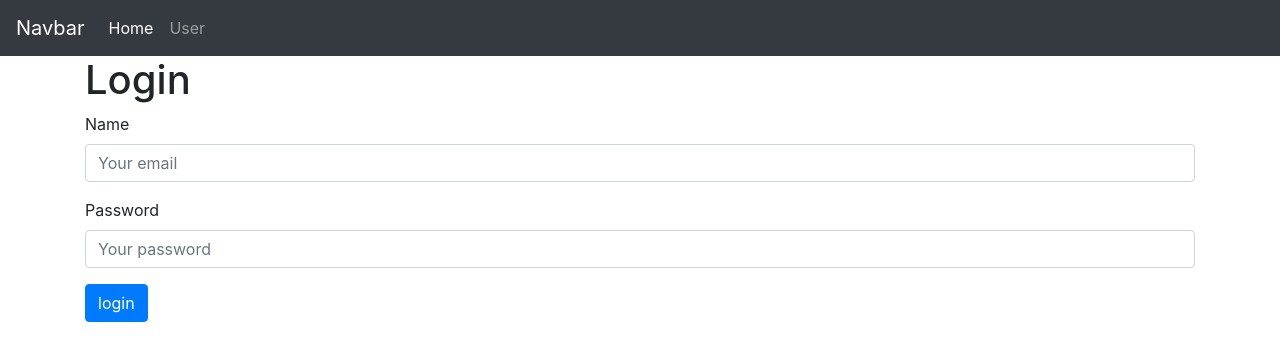
Repository: HuuNghi/nodeTokyo
Page: http://localhost/auth/login
The author's editor kept a copy of each file at every save. The page is drawn from the files as they stood at one save, then again after the next save.
The browser window is 1280 px wide. The pictures show the whole page.
The page is served by the project's Node server (index.js). Other server files are loaded and not shown.

Above is the page before, as saved 2020-04-06 23:12:34.

### views/auth/login.pug
extend ../layouts/common
block content
  h1 Login
  if errors
    each error in errors
      .alert.alert-danger=error
  form(action="/auth/login", method="POST")
    .form-group
      label(for='email') Name
      input.form-control(type='email', placeholder='Your email', name="email", id="email", value=values ? values.email : "")
    .form-group
      label(for='password') Password
      input.form-control(type='password', placeholder='Your password', name="password", id="password", value=values ? values.password : "")
    button.btn.btn-primary login

### views/layouts/common.pug
html
  head
    link(rel="stylesheet", href="https://stackpath.bootstrapcdn.com/bootstrap/4.4.1/css/bootstrap.min.css")
    link(rel="stylesheet", href="/styles/style.css")
  body
    nav.navbar.navbar-expand-lg.navbar-dark.bg-dark
      a.navbar-brand(href='#') Navbar
      button.navbar-toggler(type='button', data-toggle='collapse')
        span.navbar-toggler-icon
      #navbarSupportedContent.collapse.navbar-collapse
        ul.navbar-nav.mr-auto
          li.nav-item.active
            a.nav-link(href='#') Home
          li.nav-item
            a.nav-link(href='#') User
    .container
      block content

### index.js
const express = require('express');
const bodyParser = require('body-parser');
const userRouter = require('./routers/user.router');
const authRouter = require('./routers/auth.router');

const port = 3000;
const app = express();

app.set('view engine', 'pug');
app.set('views', './views');
app.use(bodyParser.json()) // for parsing application/json
app.use(bodyParser.urlencoded({ extended: true }));
app.use('/users', userRouter);
app.use('/auth', authRouter);
app.use(express.static('public'));

app.listen(port, () => {
  console.log(`App listening on port ${port}`);
});

app.get('/', (req, res) => {
  res.render('index', {
    name: 'Nghi',
  });
});

### controllers/auth.controller.js
module.exports.login = (req, res) => {
  res.render('auth/login');
}

### public/styles/style.css
/* Style css for project */

After the next save:
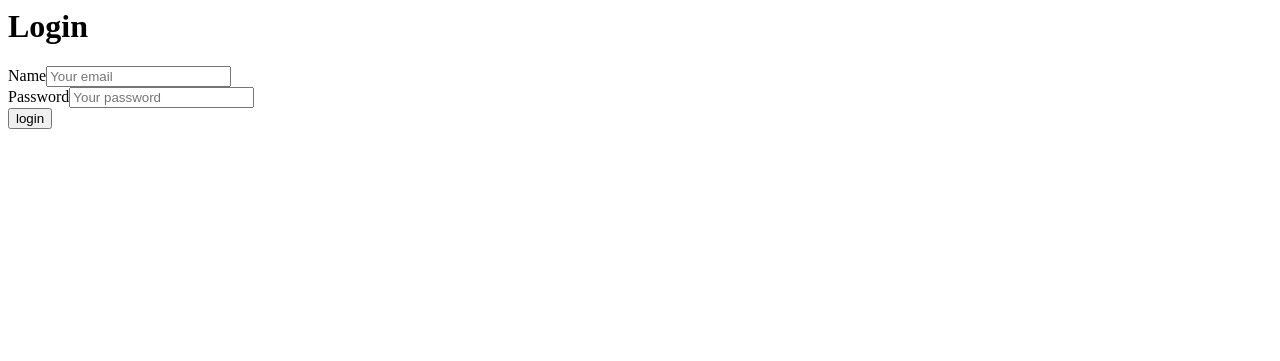
Saved 18 s later.
--- a/views/auth/login.pug
+++ b/views/auth/login.pug
@@ -1,14 +1,12 @@
-extend ../layouts/common
-block content
-  h1 Login
-  if errors
-    each error in errors
-      .alert.alert-danger=error
-  form(action="/auth/login", method="POST")
-    .form-group
-      label(for='email') Name
-      input.form-control(type='email', placeholder='Your email', name="email", id="email", value=values ? values.email : "")
-    .form-group
-      label(for='password') Password
-      input.form-control(type='password', placeholder='Your password', name="password", id="password", value=values ? values.password : "")
-    button.btn.btn-primary login
+h1 Login
+if errors
+  each error in errors
+    .alert.alert-danger=error
+form(action="/auth/login", method="POST")
+  .form-group
+    label(for='email') Name
+    input.form-control(type='email', placeholder='Your email', name="email", id="email", value=values ? values.email : "")
+  .form-group
+    label(for='password') Password
+    input.form-control(type='password', placeholder='Your password', name="password", id="password", value=values ? values.password : "")
+  button.btn.btn-primary login

After the save that followed:
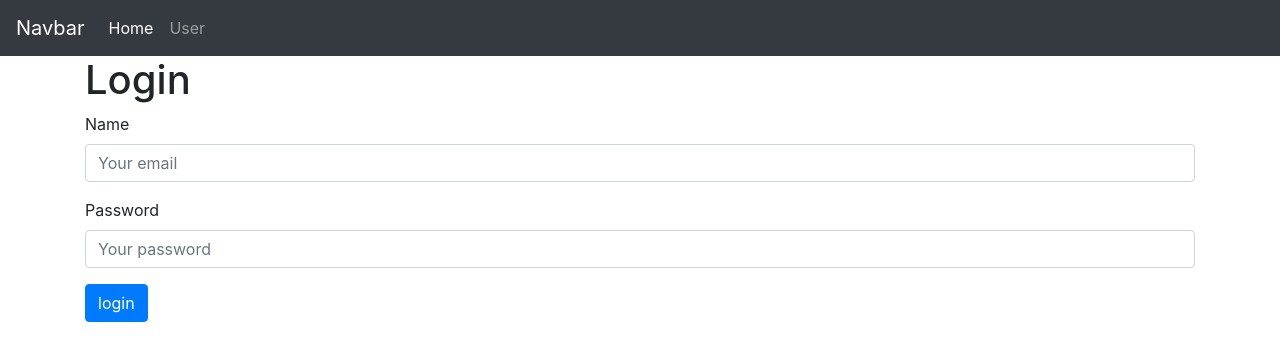
Saved 18 s later.
--- a/views/auth/login.pug
+++ b/views/auth/login.pug
@@ -1,12 +1,14 @@
-h1 Login
-if errors
-  each error in errors
-    .alert.alert-danger=error
-form(action="/auth/login", method="POST")
-  .form-group
-    label(for='email') Name
-    input.form-control(type='email', placeholder='Your email', name="email", id="email", value=values ? values.email : "")
-  .form-group
-    label(for='password') Password
-    input.form-control(type='password', placeholder='Your password', name="password", id="password", value=values ? values.password : "")
-  button.btn.btn-primary login
+extend ../layouts/common
+block content
+  h1 Login
+  if errors
+    each error in errors
+      .alert.alert-danger=error
+  form(action="/auth/login", method="POST")
+    .form-group
+      label(for='email') Name
+      input.form-control(type='email', placeholder='Your email', name="email", id="email", value=values ? values.email : "")
+    .form-group
+      label(for='password') Password
+      input.form-control(type='password', placeholder='Your password', name="password", id="password", value=values ? values.password : "")
+    button.btn.btn-primary login
